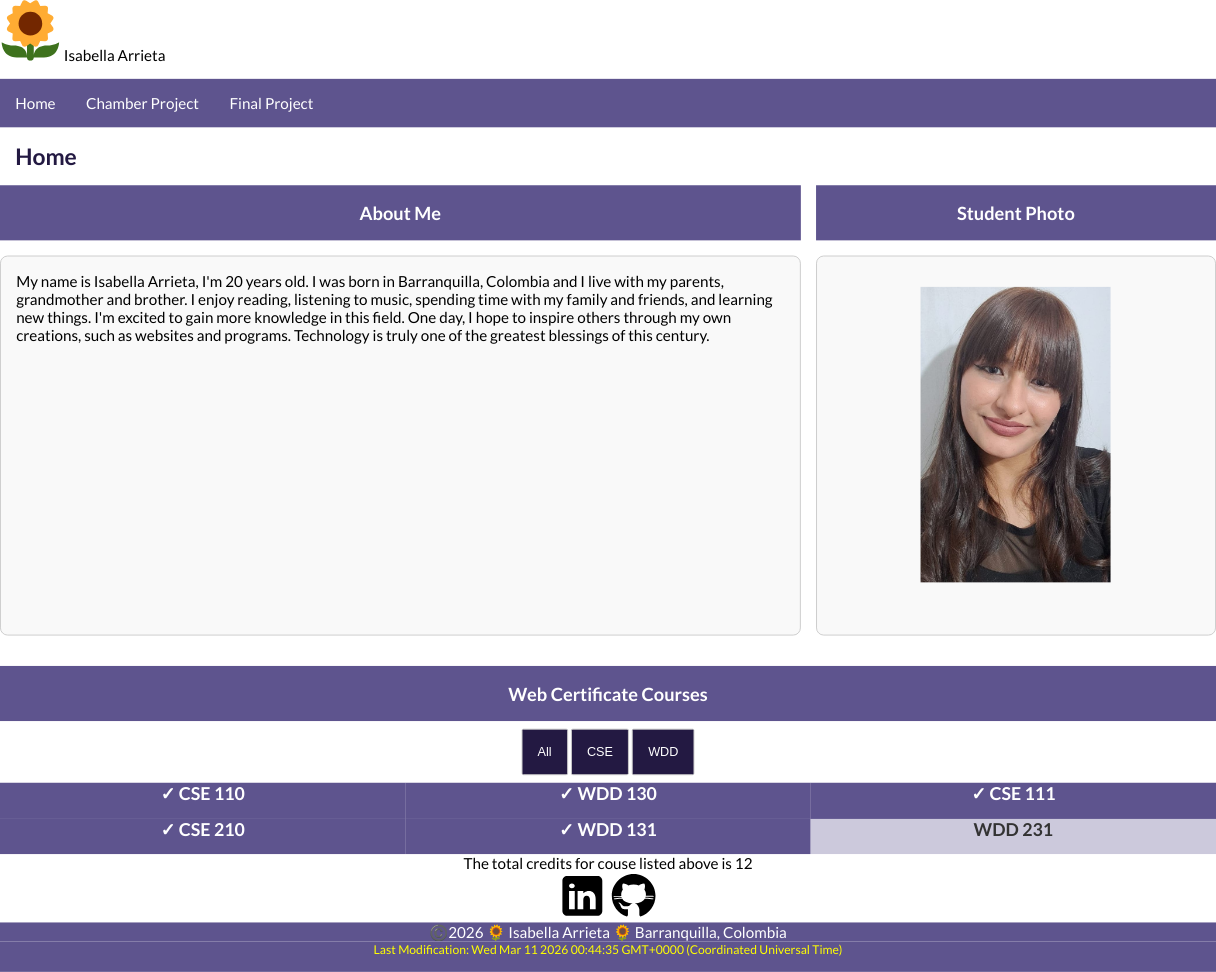
Repository: isaAJ05/wdd231
Page: index.html
An editor plug-in stored every save of this project. The page is shown before and after the next save, followed by the edit.
The browser window is 1280 px wide. The pictures show the whole page, at 95% of full size.
Some web fonts or font styles are not loaded; a fallback is used.

Above is the page before, as saved 2026-03-11 01:10:28.

After the next save:
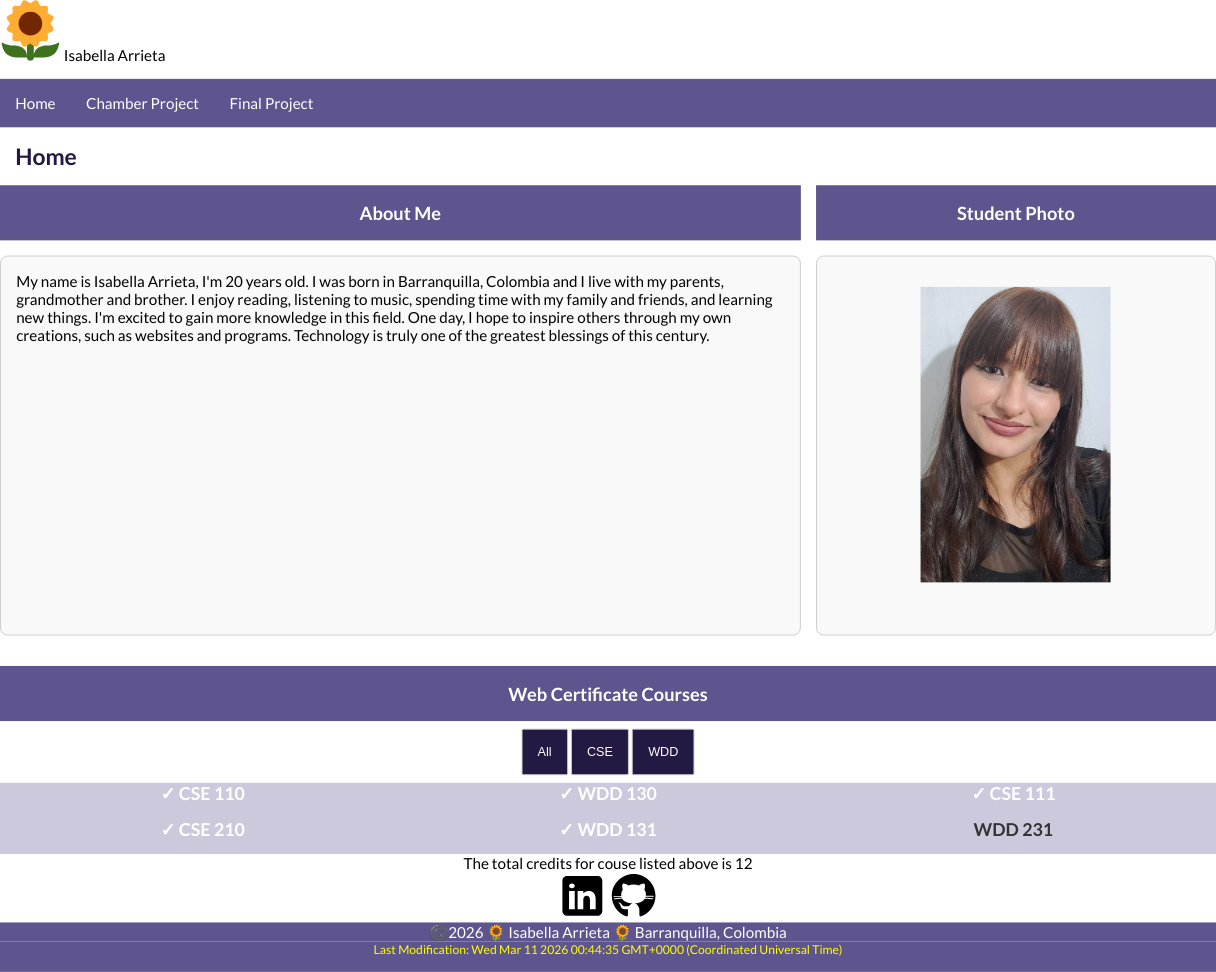
Saved 53 s later.
--- a/styles/normalize.css
+++ b/styles/normalize.css
@@ -133,7 +133,7 @@
 	height: 75px;
 }
 .completed{
-	background-color: var(--secondary-color);
+	background-color: ;
 	color: white;
 }
 footer {

After the save that followed:
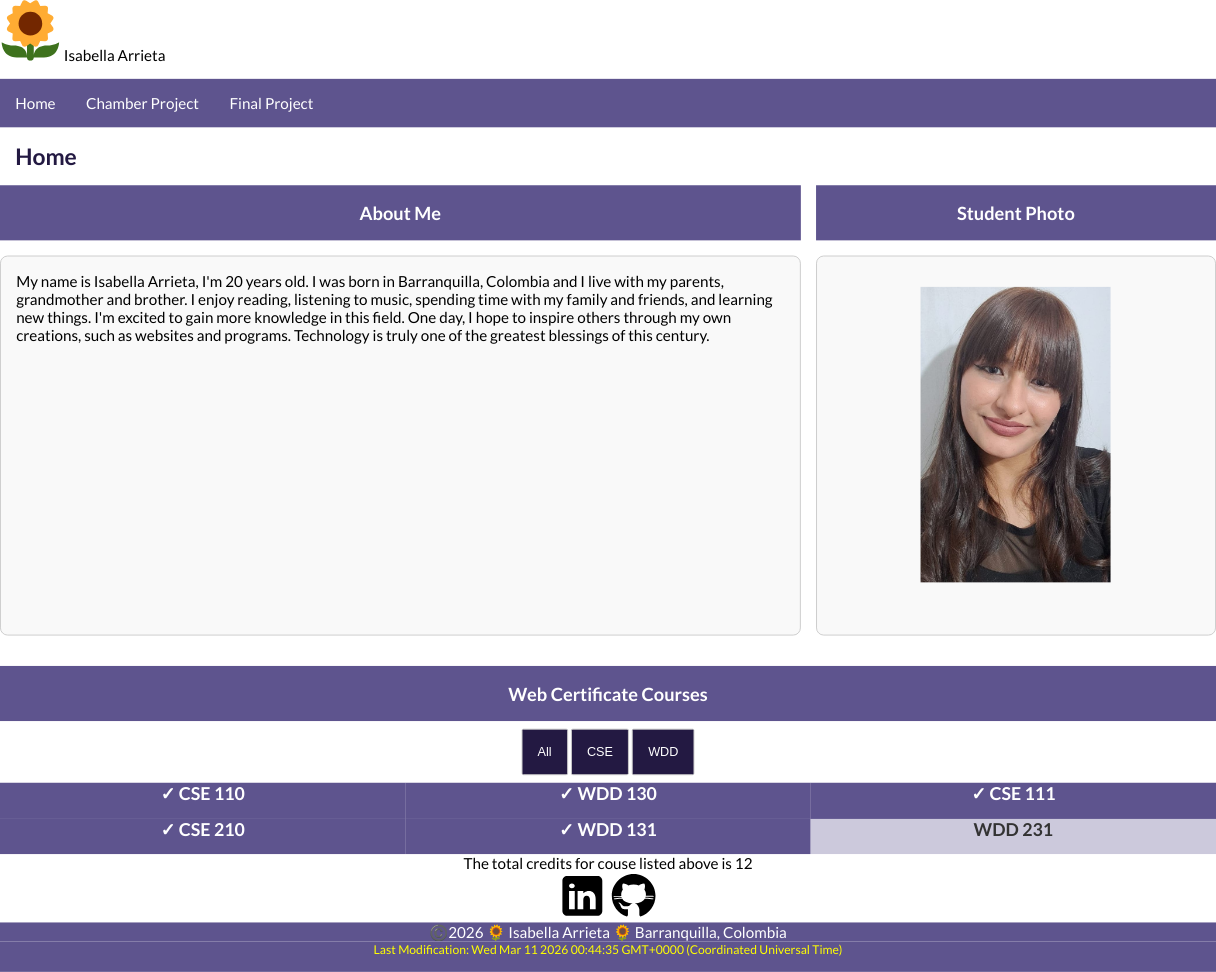
Saved 18 s later.
--- a/styles/normalize.css
+++ b/styles/normalize.css
@@ -133,7 +133,7 @@
 	height: 75px;
 }
 .completed{
-	background-color: ;
+	background-color: var(--secondary-color);
 	color: white;
 }
 footer {
